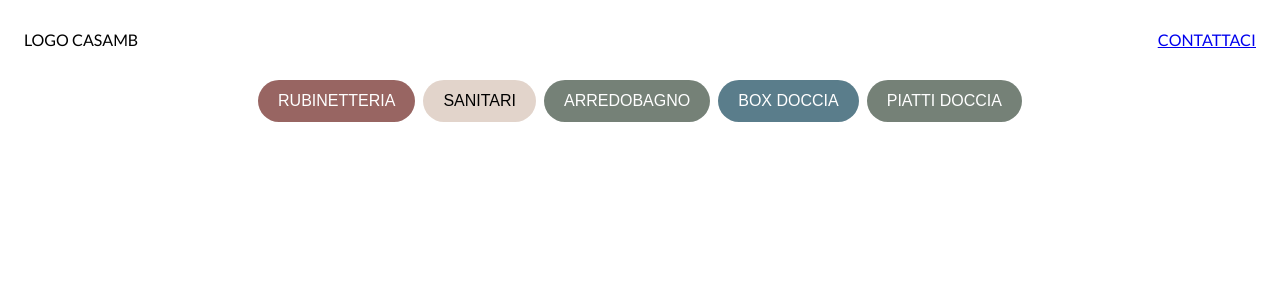
Repository: nicolorz/casamb
Page: /
An editor plug-in stored every save of this project. The page is shown before and after the next save, followed by the edit.
The browser window is 1280 px wide. The pictures show the whole page.
The project was rebuilt for these pictures with package versions that can differ from the ones it lists, and the page was loaded fresh each time. Also part of the build but not shown: src/index.css, src/App.css.

Above is the page before, as saved 2023-07-18 18:42:57.

### src/index.js
import React from 'react';
import ReactDOM from 'react-dom/client';
import './index.css';
import './assets/css/reset.css'
import './assets/css/style.css'
import App from './App';
import reportWebVitals from './reportWebVitals';

const root = ReactDOM.createRoot(document.getElementById('root'));
root.render(
  <React.StrictMode>
    <App />
  </React.StrictMode>
);

// If you want to start measuring performance in your app, pass a function
// to log results (for example: reportWebVitals(console.log))
// or send to an analytics endpoint. Learn more: https://bit.ly/CRA-vitals
reportWebVitals();

### src/assets/css/style.css
@import url('https://fonts.googleapis.com/css2?family=Lato:ital,wght@0,300;0,400;0,700;1,300;1,400;1,700&display=swap');

html, body {
  margin: 0;
  padding: 0;
  font-size: 16px;
  font-family: 'Lato', sans-serif;
}

.main-wrapper {
  width: 100vw;
  height: 100vh;
  background-color: #fff;
/*   display: flex;
  flex-flow: row nowrap; */
}

/* .sidebar {
  flex: 1;
  background-color: #f6f6f6;
  display: flex;
  flex-flow: column nowrap;
}

.card-wrapper {
  flex: 4;
  padding: 1rem;
  box-sizing: border-box;
  background-color: #EFF8FF;
  border: 1px solid #62A1FF;
  display: flex;
  flex-flow: row nowrap;
  align-items: flex-start;
  gap: 1rem;
}

.footer, .area-buttons {
  width: 100%;
  padding: 1rem;
  box-sizing: border-box;
  background-color: #EFF8FF;
  border: 1px solid #62A1FF;
}

.foooter {
  flex: 0 1 auto;
}

.area-buttons {
  flex: 1 0 auto;
}

.area-buttons {
  display: flex;
  flex-flow: column nowrap;
  gap: 0.5rem;
}

.area-buttons > button {
  align-self: flex-start;
}

.card {
  flex: 0 1 33%;
  padding: 1rem;
  background-color: #62A1FF;
  /* align-self: flex-start;
}

.card > img {
  width: 100%;
} */

### src/App.js
import logo from './logo.svg';
import './App.css';
import  {Header} from './components/HeaderWrapper/HeaderWrapper';

function App() {

  return (
    <div className="main-wrapper">
      <Header />
    </div>
  );
}

export default App;

### src/components/HeaderWrapper/HeaderWrapper.js
import './Header.css'
import { HeaderBottom } from './HeaderBottom'
import { HeaderTop } from './HeaderTop'

export const Header = () => {
    return <div className="header">
        <HeaderTop />
        <HeaderBottom />
    </div>
}

### src/components/HeaderWrapper/Header.css
.header {
    width: 100%;
    padding: 0 24px;
    box-sizing: border-box;
    position: fixed;
    top: 0;
    left: 0;
}

.header-top {
    width: 100%;
    display: flex;
    flex-flow: row nowrap;
    justify-content: space-between;
    align-items: center;
}

.header-top_logo {
    padding: 2rem 0;
}

.header-bottom {
    width: 100%;
    display: flex;
    flex-flow: column nowrap;
    align-items: center;
}

.sorting-area {
    max-width: 900px;
    display: flex;
    flex-flow: row wrap;
    justify-content: center;
    gap: 0.5rem;
}

### src/components/HeaderWrapper/HeaderBottom.js
import { SortingBtn } from "../SortingBtn/Sortingbtn"

const sortingButtons = [
    {
        tag: 'rubinetteria',
        label: 'rubinetteria',
        backgroundColor: '#986562',
        color: true
    },
    {
        tag: 'sanitari',
        label: 'sanitari',
        backgroundColor: '#E2D4CB',
        color: false
    },
    {
        tag: 'arredobagno',
        label: 'arredobagno',
        backgroundColor: '#758177',
        color: true
    },
    {
        tag: 'boxdoccia',
        label: 'box doccia',
        backgroundColor: '#5A7D8B',
        color: true
    },
    {
        tag: 'piattidoccia',
        label: 'piatti doccia',
        backgroundColor: '#758177',
        color: true
    },
];

export const HeaderBottom = () => {
    return (
        <div className="header-bottom">
            <div className="sorting-area">
                {sortingButtons.map((el) => {
                    return (
                        <SortingBtn key={el.tag} button={el} />
                    )
                })}
            </div>
        </div>
    )
}

### src/components/HeaderWrapper/HeaderTop.js
export const HeaderTop = () => {
    return <div className="header-top">
        <div className="header-top_logo">LOGO CASAMB</div>
        <a href="*" target="_self">CONTATTACI</a>
    </div>
}

### src/components/SortingBtn/Sortingbtn.js
import './Sortingbtn.css'

export const SortingBtn = ({button}) => {
    return <button
        className="sorting-btn"
        style={{
            backgroundColor: button.backgroundColor,
            color: button.color ? '#fff' : '#000'
        }}
        >
            {button.label.toUpperCase()}
        </button>
};

### src/components/SortingBtn/Sortingbtn.css
.sorting-btn {
    background-color: #62A1FF;
    color: #fff;
    padding: 12px 20px;
    border: none;
    border-radius: 50px;
    -webkit-border-radius: 50px;
    -moz-border-radius: 50px;
    -ms-border-radius: 50px;
    -o-border-radius: 50px;
    font-size: 16px;
    cursor: pointer;
    transition: all 0.3s;
    -webkit-transition: all 0.3s;
    -moz-transition: all 0.3s;
    -ms-transition: all 0.3s;
    -o-transition: all 0.3s;
}

.sorting-btn:hover {
    background-color: #4B84DA;
}

Loaded but not shown: public/index.html (common file); src/assets/css/reset.css (common file); src/reportWebVitals.js (common file)

After the next save:
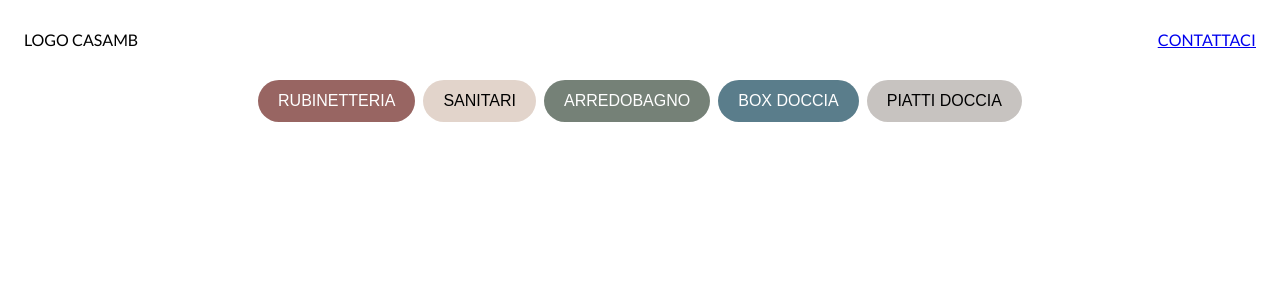
Saved 30 s later.
--- a/src/components/HeaderWrapper/HeaderBottom.js
+++ b/src/components/HeaderWrapper/HeaderBottom.js
@@ -28,8 +28,8 @@ const sortingButtons = [
     {
         tag: 'piattidoccia',
         label: 'piatti doccia',
-        backgroundColor: '#758177',
-        color: true
+        backgroundColor: '#C7C3C0',
+        color: false
     },
 ];
 
